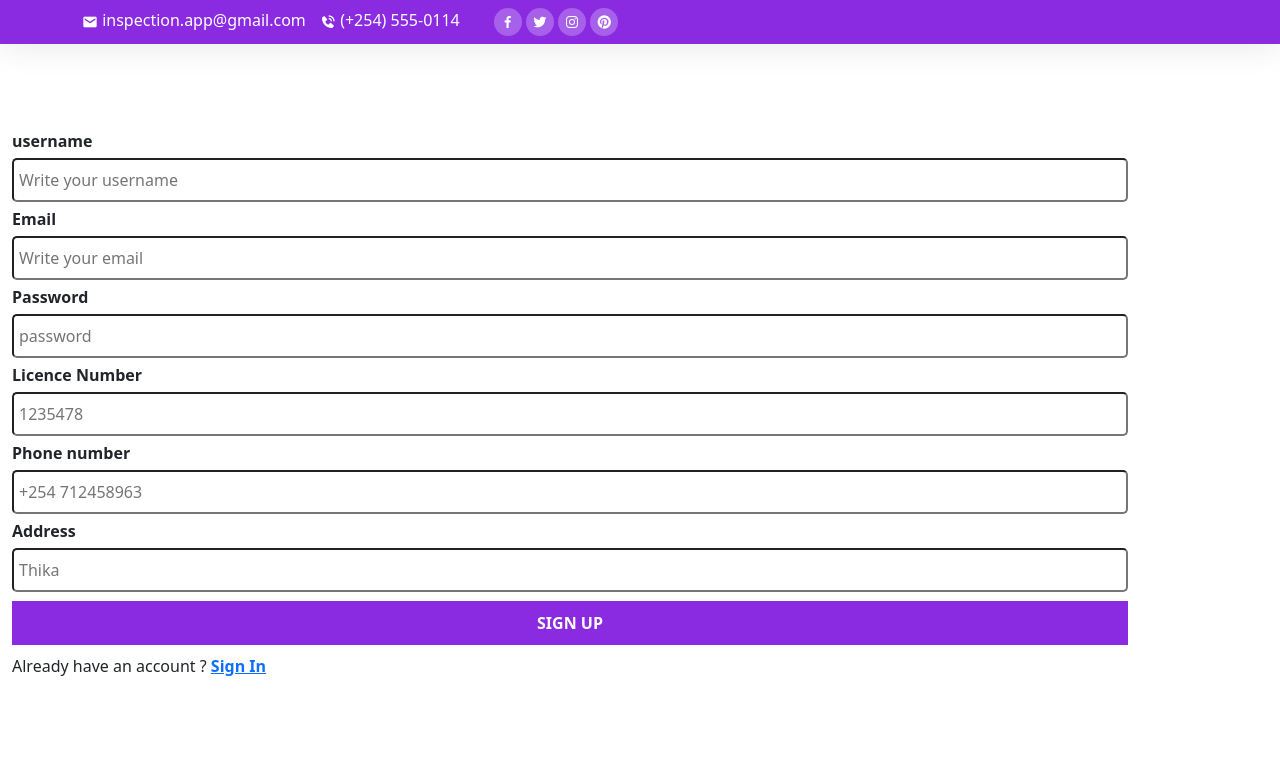
Repository: NDISHAW/Inspectionapp-rails
Page: public/signup.html
An editor plug-in stored every save of this project. The page is shown before and after the next save, followed by the edit.
The browser window is 1280 px wide. The pictures show the whole page.

Above is the page before, as saved 2022-10-09 04:21:42.

### public/signup.html
<!DOCTYPE html>
<html lang="en">
  <head>
    <meta charset="UTF-8" />
    <meta http-equiv="X-UA-Compatible" content="IE=edge" />
    <meta name="viewport" content="width=device-width, initial-scale=1.0" />
    <title>Sign up</title>
    <link rel="stylesheet" href="css/style.css">
    <link rel="stylesheet" href="css/bootstrap.min.css">
    <link rel="stylesheet" href="css/owl.carousel.min.css">
    <link rel="stylesheet" href="css/owl.theme.default.min.css">
    <link href='https://unpkg.com/boxicons@2.1.1/css/boxicons.min.css' rel='stylesheet'>

    <script src="/js/axios/dist/axios.min.js"></script>
  </head>
  <body data-bs-spy="scroll" data-bs-target=".navbar" data-bs-offset="70">


      <!-- TOP NAV -->
      <div class="top-nav navbar" id="home">
          <div class="container">
              <div class="row justify-content-between">
                  <div class="col-auto">
                      <p> <i class='bx bxs-envelope'></i> inspection.app@gmail.com</p>
                      <p> <i class='bx bxs-phone-call'></i> (+254) 555-0114</p>
                  </div>
                  <div class="col-auto social-icons">
                      <a href="#"><i class='bx bxl-facebook'></i></a>
                      <a href="#"><i class='bx bxl-twitter'></i></a>
                      <a href="#"><i class='bx bxl-instagram'></i></a>
                      <a href="#"><i class='bx bxl-pinterest'></i></a>
                  </div>
              </div>
          </div>
      </div>
    <section id="about">
      <div class="container-fluid">
    <div class="row justify-content-center modal-xl">
      <div class="justify-content-center flex">
      <!-- username  -->
      <div class="username">
        <label for="username">username</label>
        <input
          type="username"
          name="username"
          id="username"
          placeholder="Write your username"
        />
      </div>
      <!-- Email  -->
      <div class="email">
        <label for="email">Email</label>
        <input
          type="email"
          name="email"
          id="email"
          placeholder="Write your email"
        />
      </div>
      <!-- passWord -->
      <div class="pass">
        <label for="password">Password</label>
        <input
          type="password"
          name="password"
          id="password"
          placeholder="password"
        />
      </div>
      <!-- licence_no -->
      <div class="pass">
        <label for="licence_no">Licence Number</label>
        <input
          name="licence_no"
          id="licence_no"
          placeholder="1235478"
        />
      </div>

      <!-- phone -->
      <div class="pass">
        <label for="phone">Phone number</label>
        <input
          name="phone"
          id="phone"
          placeholder="+254 712458963"
        />
      </div>

      <!-- address -->
      <div class="pass">
        <label for="address">Address</label>
        <input
          type="address"
          name="address"
          id="address"
          placeholder="Thika"
        />
      </div>
      <!-- Rails button -->
      <!-- <button id="submit-btn" onclick="rails()">Rails test</button> -->
      <!-- Sign Up button -->
      <button id="submit-btn" onclick="signUp();">Sign Up</button>
      <!-- Sign In option -->
      <p>Already have an account ?</p>
      <span><a href="signIn.html">Sign In</a></span>
    </div>
    </div>
    </div>
    </section>
  </div>
    <script src="main.js"></script>
  </body>
</html>

### public/css/style.css
@import url('https://fonts.googleapis.com/css2?family=Barlow:wght@400;500;600;700&display=swap');

:root {
    --brand: blueviolet;
    --dark: #092032;
    --body: #516171;
    --border: rgba(0,0,0,0.08);
    --shadow: 0px 6px 30px rgba(0, 0, 0, 0.08);

}

body {
    font-family: "Barlow", sans-serif;
    color: var(--body);
    line-height: 1.7;
}

h1,h2,h3,h4,h5,h6,
.display-1,.display-2,.display-3,.display-4 {
    font-weight: 700;
    color: var(--dark);
}

.bg-cover {
    background-size: cover;
    background-position: center;
    background-repeat: no-repeat;
}

img {
    width: 100%;
}

a {
    color: var(--dark);
    transition: all 0.4s ease;
    font-weight: 500;
}

a:hover {
    color: var(--brand);
}

section {
    padding-top: 80px;
    padding-bottom: 80px;
}

.text-brand {
    color: var(--brand) !important;
}


.hero-slider .owl-prev,
.hero-slider .owl-next{
    background-color: rgba(255, 255, 255, 0.3) !important;
    width: 60px !important;
    height: 60px !important;
    display: block;
    display: grid;
    place-items: center;
    color: #fff !important;
    border-radius: 100px;
    line-height: 0;
    border-radius: 100px !important;
    position: absolute;
    top: 50%;
    font-weight: 600 !important;
    font-size: 12px !important;
    transition: all 0.4s ease;
    margin-top: -30px !important;
}

.owl-prev {
    left: 0;
}
.owl-next {
    right: 0;
}

.hero-slider .owl-prev:hover,
.hero-slider .owl-next:hover {
    background-color: var(--brand) !important;
}

.owl-dot.active span{
    background-color: var(--brand) !important;
}


 /* slide */
 .slide {
     min-height: 100vh;
     display: flex;
     align-items: center;
     justify-content: center;
     position: relative;
}

.slide1 {
    background: linear-gradient(rgba(0, 0, 0, 0.4), rgba(0, 0, 0, 0.4)), url(../img/mec2.jpg);
    background-size: cover;
    background-position: center;
    background-repeat: no-repeat;
}

.slide2 {
    background: linear-gradient(rgba(0, 0, 0, 0.4), rgba(0, 0, 0, 0.4)), url(../img/world3.jpg);
    background-size: cover;
    background-position: center;
    background-repeat: no-repeat;
}

.slide .display-3 {
    text-transform: uppercase;
    color: #fff;
}

/* navbar */
.top-nav {
    background-color: var(--brand);
    color: #fff;
    padding-top: 5px;
    padding-bottom: 5px;
}

.top-nav p {
    display: inline-block;
    margin-bottom: 0;
    margin-right: 10px;
}

.top-nav span,
.top-nav i {
    vertical-align: middle;
}

.navbar {
    box-shadow: var(--shadow);
}

.social-icons a {
    width: 28px;
    height: 28px;
    display: inline-flex;
    color: #fff;
    background-color: rgba(255, 255, 255, 0.25);
    text-decoration: none;
    align-items: center;
    justify-content: center;
    border-radius: 100px;
}

.social-icons a:hover {
    background-color: #fff;
    color: var(--brand);
}

.navbar .navbar-nav .nav-link {
    color: var(--dark);
}

.navbar .navbar-nav .nav-link:hover {
    color: var(--brand);
}

.navbar .navbar-nav .nav-link.active {
    color: var(--brand);
}

.navbar-brand {
    font-size: 28px;
    font-weight: 700;
}

.navbar-brand .dot {
    color: var(--brand);
}

.btn {
    padding: 8px 26px;
}

.btn-brand {
    border-color: var(--brand);
    background-color: var(--brand);
    color: #fff;
}

.btn-brand:hover {
    background-color: #d64022;
    border-color: #d64022;
    color: #fff;
}

.intro {margin-bottom: 36px;
text-align: center;}

.intro p {
    max-width: 500px;
}
.intro h6{
    color: var(--brand);
    font-weight: 400;
    text-transform: uppercase;
}

.intro h1 {
    margin-top: 15px;
    margin-bottom: 15px;
}

.info-box {
    align-items: center;
    display: flex;
}

.info-box img {
    width: 90px;
}


#milestone {
    background: linear-gradient(rgba(136, 42, 143, 0.85), rgba(48, 181, 123, 0.85)), url(../img/inspe.jpg);
    background-size: cover;
    background-position: center;
    background-repeat: no-repeat;
}

#milestone h1,
#milestone p {
    color: #fff;
}

.service {
    padding: 32px;
    background-color: #fff;
    box-shadow: var(--shadow);
}

.service h5 {
    margin-top: 24px;
    margin-bottom: 14px;
}

.service img {
    width: 90px;
}


.project {
    position: relative;
    overflow: hidden;
    z-index: 2;
}

.project h6 {
    font-weight: 400;
}

.project h6::before {
    content: "";
    height: 2px;
    width: 30px;
    display: inline-block;
    background: var(--brand);
    vertical-align: middle;
    margin-right: 10px;
}


.project .overlay {
    width: 100%;
    height: 220px;
    position: absolute;
    bottom: 0;
    left: 0;
    background: linear-gradient(180deg, rgba(255, 76, 41, 0) 0%, var(--dark) 100%);
}

.project .content {
    position: absolute;
    left: 10%;
    bottom: 10%
}

.project h2,
.project h6 {
    color: #fff;
}

.team-member {
    text-align: center;
}

.team-member .image{
    position: relative;
    z-index: 2;
    overflow: hidden;
}

.team-member .overlay {
    width: 100%;
    height: 100%;
    position: absolute;
    left: 0;
    top: -10%;
    background-color: rgba(255, 77, 41, 0.7);
    opacity: 0;
    transition: all 0.4s ease;
}

.team-member h5 {
    margin-top: 16px;
    margin-bottom: 4px;
}

.team-member .social-icons {
    position: absolute;
    top: 60%;
    left: 50%;
    transform: translate(-50%, -50%);
    z-index: 2;
    opacity: 0;
    transition: all 0.4s ease;
}

.team-member .social-icons a {
    width: 40px;
    height: 40px;
}

.team-member:hover .social-icons {
    top: 50%;
    opacity: 1;
}

.team-member:hover .overlay {
    top: 0%;
    opacity: 1;
}

#reviews {

    background: linear-gradient(-90deg, rgba(8, 32, 50, 0.8), rgba(8, 32, 50, 0.8)), url(../img/imago.jpg), #082032;;
    background-size: cover;
    background-position: center;
    background-repeat: no-repeat;
}

.review {
    text-align: center;
    z-index: 2;
    position: relative;
    margin: 15px;
    max-width: 768px;
    margin: auto;
}

.review .bxs-quote-alt-left {
    font-size: 120px;
    position: absolute;
    opacity: 0.1;
    left: 50%;
    top: 50%;
    transform: translate(-50%, -50%);
    color: #fff;
}

.review img {
    width: 80px !important;
    height: 80px;
    border-radius: 100px;
    margin: auto;
}

.review h5 {
    margin-top: 16px;
    margin-bottom: 4px;
    color: #fff;
}

.review h3 {
    margin-top: 26px;
    margin-bottom: 26px;
    font-size: 22px;
    color: #fff;
    font-weight: 400;
    line-height: 1.7;
}

.review small {
    color: var(--brand);
}

.review .stars {
    color: var(--brand);
}

.blog-post {
    position: relative;
    background-color: #fff;
    box-shadow: var(--shadow);
}

.blog-post .content {
    padding: 32px;
}

.blog-post a {
    position: absolute;
    top: 20px;
    left: 20px;
    background-color: var(--brand);
    padding: 2px 12px;
    border-radius: 100px;
    text-decoration: none;
    color: #fff;
}

.blog-post h5 {
    margin-top: 12px;
    margin-bottom: 12px;
}

.blog-post small {
    text-transform: uppercase;
    color: var(--brand);
    text-decoration: underline;
}

footer {
    background: linear-gradient(0deg, rgba(8, 32, 50, 0.9), rgba(8, 32, 50, 0.9)), url(../img/teammech.jpg), #082032;;
    background-size: cover;
    background-position: center;
    background-repeat: no-repeat;
}

footer .footer-top {
    padding-top: 80px;
    padding-bottom: 40px;
}

.footer-bottom {
    border-top: 1px solid rgba(255, 255, 255, 0.1);
    padding-bottom: 20px;
    padding-top: 20px;
}

footer .navbar-brand {
    color: #fff;
}

footer p {
    color: #ADB3B9;
}

footer .social-icons a {
    width: 50px;
    height: 50px;
    font-size: 20px;
    margin-left: 4px;
    margin-right: 4px;
}

.loader {
    min-height: 100vh;
    display: flex;
    align-items: center;
    justify-content: center;
    background-color: red;
    z-index: 99999;
    position: fixed;
    left: 0;
    right: 0;
}


input.form-control {
    border-color: transparent;
    height: 44px;
}

.form-control {
    background-color: rgba(0, 0, 0, 0.04);
    border-color: rgba(0, 0, 0, 0.04);;
}

.form-control:focus {
    box-shadow: none;
    border-color: var(--brand);
}
.form {
    width: 400px;
    border-radius: 5px;
    background-color: white;
    height:fit-content;
    padding: 5px 10px;
    background-color: #9633FF;
}
label {
    display: block;
    font-weight: bolder;
    margin: 5px 0px;
}

input {
    width: 100%;
    padding: 8px 5px;
    border-radius: 5px;
    margin-bottom: 10px;
}

#submit-btn {
    border: none;
    background-color: blueviolet;
    width: 100%;
    padding: 10px 8px;
    color: white;
    font-weight: bolder;
    text-transform: uppercase;
    cursor: pointer;
    margin: 9px 0px;
}

p {
    font-size: 16px;
    border-radius: 10px;
    cursor: pointer;
    display: inline-block;
}

a {
    text-decoration: none;
    font-weight: bolder;
}


/*@import url(https://fonts.googleapis.com/css?family=Roboto:400,300,500);*/
*:focus {
    outline: none;

}

### public/main.js
// // setting up firebase with our website
// const firebaseApp = firebase.initializeApp({
//         apiKey: "AIzaSyDF9DKF44fhzBzk5fZB5Mk4_21q4Ey2kxQ",
//         authDomain: "inspection-e4bf7.firebaseapp.com",
//         projectId: "inspection-e4bf7",
//         storageBucket: "inspection-e4bf7.appspot.com",
//         messagingSenderId: "94545597565",
//         appId: "1:94545597565:web:9e1d12415061541a4ecd14",
//         measurementId: "G-P207FELWW2"
//       });
// const db = firebaseApp.firestore();
// const auth = firebaseApp.auth();

// Sign up function
// function signUp(){
//     //DOM manupilation
//     const email = document.getElementById("email").value;
//     const password = document.getElementById("password").value;
//     const phone = document.getElementById("phone").value;
//     const licence_no = document.getElementById("licence_no").value;
//     const address = document.getElementById("address").value;
//     console.log(email, password)
//     // firebase code
//     firebase.auth().createUserWithEmailAndPassword(email, password)
//         .then((result) => {
//             // Signed in
//             document.write("You are Signed Up")
//             window.location = "dashboard.html";
//             console.log(result)
//             // ...
//         })
//         .catch((error) => {
//             console.log(error.code);
//             console.log(error.message)
//             // ..
//         });
// }




// Sign In function
// const username = document.getElementById("username").value;
// const password = document.getElementById("password").value;

function signIn() {
    const username = document.getElementById("username").value;
    const password = document.getElementById("password").value;
    // firebase code
    // firebase.auth().signInWithEmailAndPassword(email, password)
    axios
        .post("http://localhost:3000/api/login", {
            password: password,
            username: username,
            // phone: phone,
            // licence_no: licence_no,
            // address: address,
        })
        .then((result) => {
            // Signed in
            document.write("You are Signed In");
            // window.location = "form.html";
            window.location = "dashboard.html";

            console.log(result);
        })
        .catch((error) => {
            console.log(error.code);
            console.log(error.message);
        });
}

function signUp() {
  const username = document.getElementById("username").value;
  const email = document.getElementById("email").value;
  const password = document.getElementById("password").value;const phone = document.getElementById("phone").value;const licence_no = document.getElementById("licence_no").value;const address = document.getElementById("address").value;
  // firebase code
  // firebase.auth().signInWithEmailAndPassword(email, password)
  axios
    .post("http://localhost:3000/api/signup", {
      username: username,
      password: password,
      phone: phone,
      licence_no: licence_no,
      address: address,
      email: email,
    })
    .then((result) => {
      // Signed in
      document.write("You are Signed Up");
      // window.location = "form.html";
      window.location = "dashboard.html";

      console.log(result);
    })
    .catch((error) => {
      console.log(error.code);
      console.log(error.message);
    });
}

Loaded but not shown: public/css/bootstrap.min.css (library); public/css/owl.carousel.min.css (library); public/css/owl.theme.default.min.css (common file); public/js/axios/dist/axios.min.js (library)

After the next save:
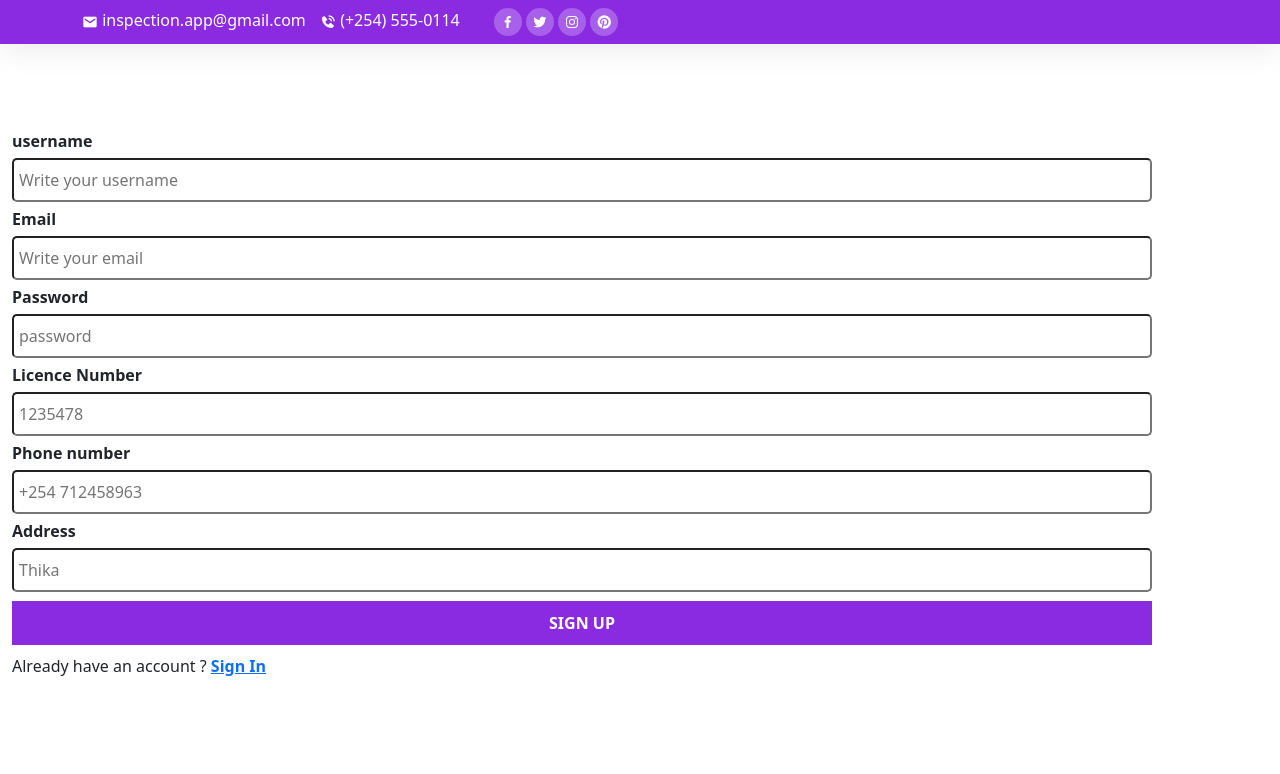
Saved 6 s later.
--- a/public/signup.html
+++ b/public/signup.html
@@ -35,7 +35,7 @@
       </div>
     <section id="about">
       <div class="container-fluid">
-    <div class="row justify-content-center modal-xl">
+    <div class=" justify-content-center modal-xl">
       <div class="justify-content-center flex">
       <!-- username  -->
       <div class="username">
